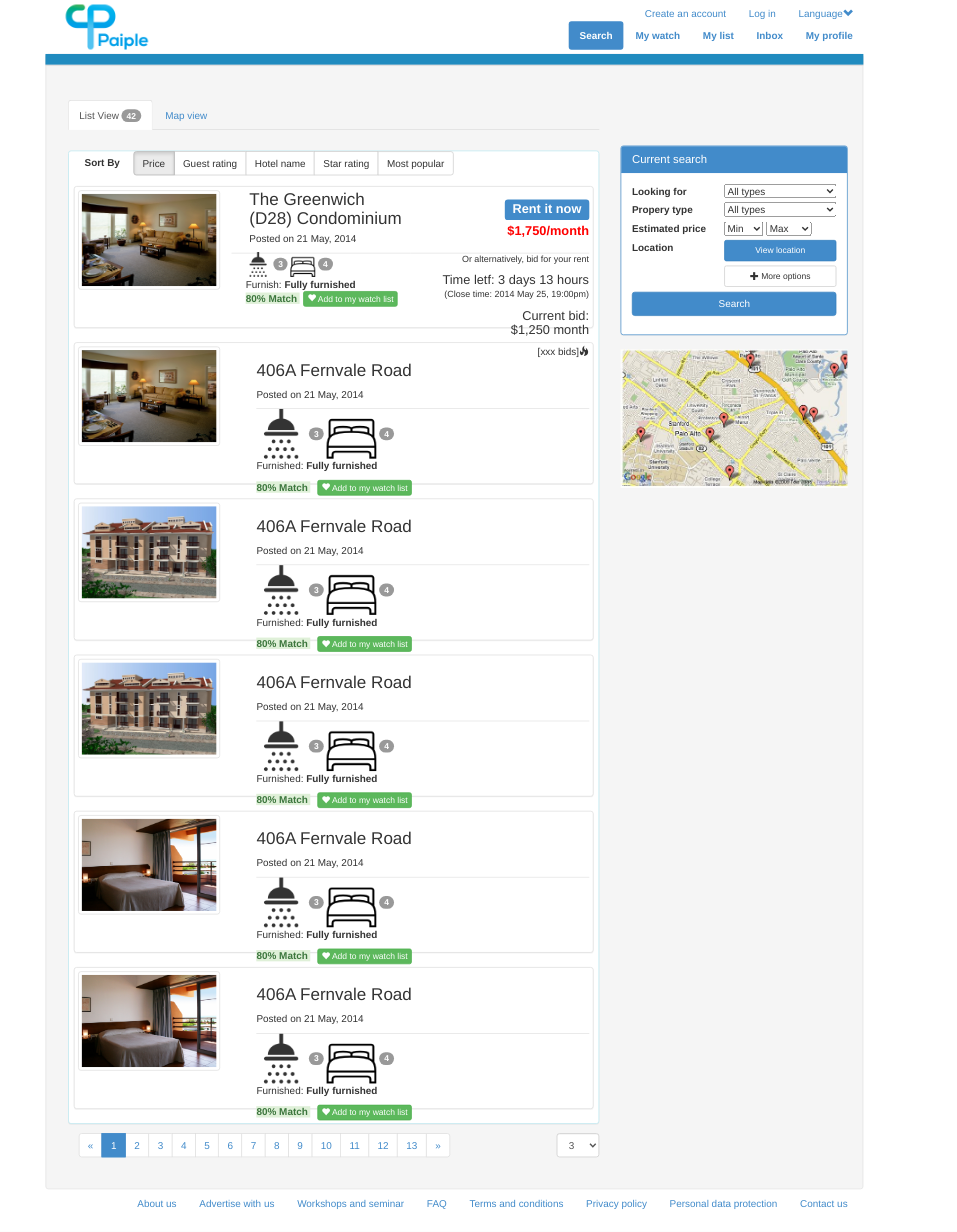
Repository: thytran142/Intern
Page: Internship/ListingPage.html
The author's editor kept a copy of each file at every save. The page is drawn from the files as they stood at one save, then again after the next save.
The browser window is 1280 px wide. The page is 1348 px wide, so the pictures cover 1348 px, including what lies to the right of the window. The pictures show the whole page, at 71% of full size.
Some web libraries are served in a nearby version.

Above is the page before, as saved 2014-05-23 05:40:04.

After the next save:
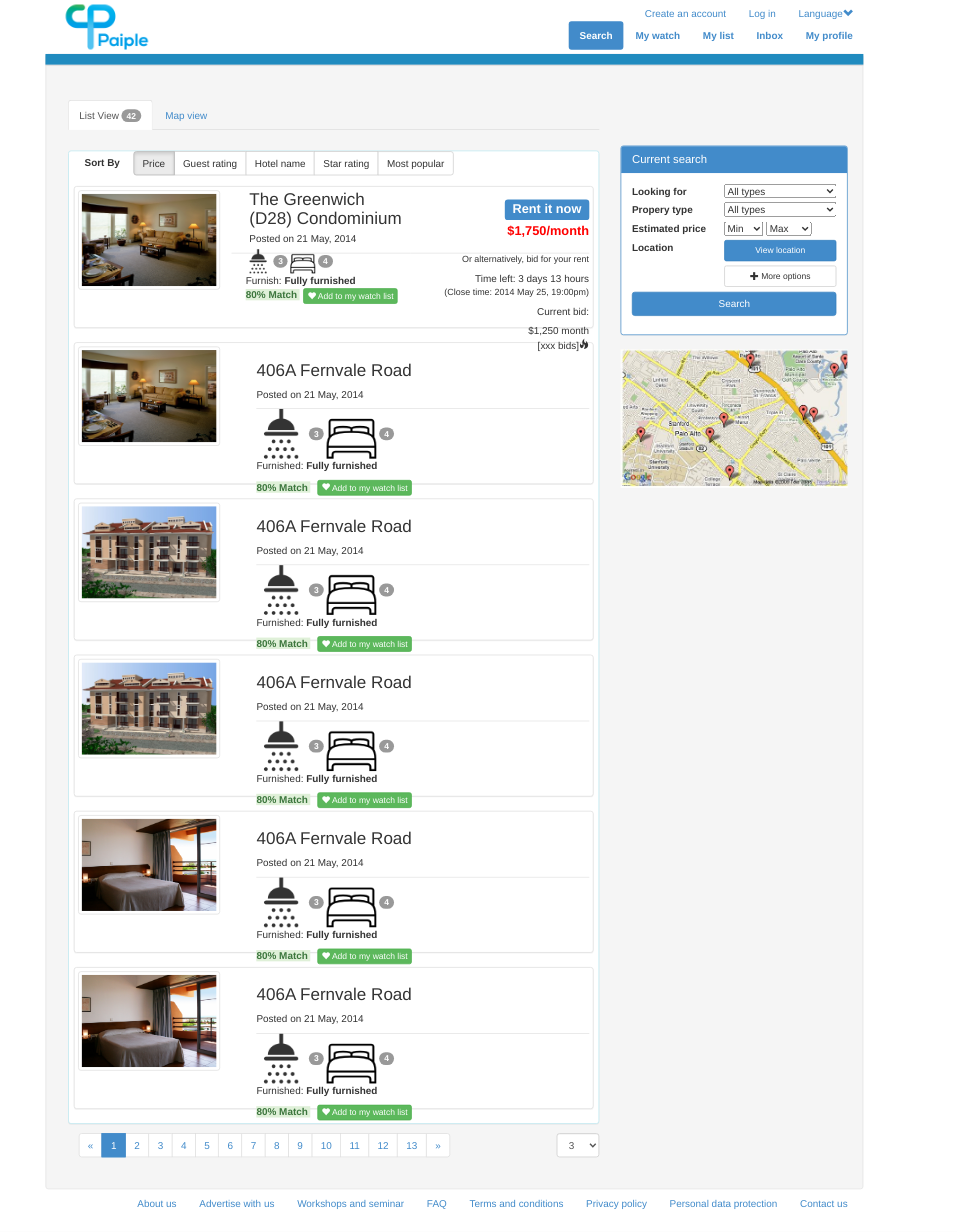
Saved 15 s later.
--- a/Internship/ListingPage.html
+++ b/Internship/ListingPage.html
@@ -180,9 +180,9 @@
 									</button>
 								</td>
 								<td style="text-align:right;"><div style="font-size:90%;">Or alternatively, bid for your rent</div>
-									<h4>Time letf: 3 days 13 hours</h4>
+									<h5>Time left: 3 days 13 hours</h5>
 									<div style="font-size:90%;margin-top:-3%;">(Close time: 2014 May 25, 19:00pm)</div>
-									<h4>Current bid:<div float:left;style="font-weight:bold;color:red;">$1,250 month</div></h4>
+									<h5>Current bid:</h5><div float:left;style="font-weight:bold;color:red;">$1,250 month</div></h4>
 									<p>[xxx bids]<span class="glyphicon glyphicon-fire"></span></p>
 							</td>
 							</tr>
